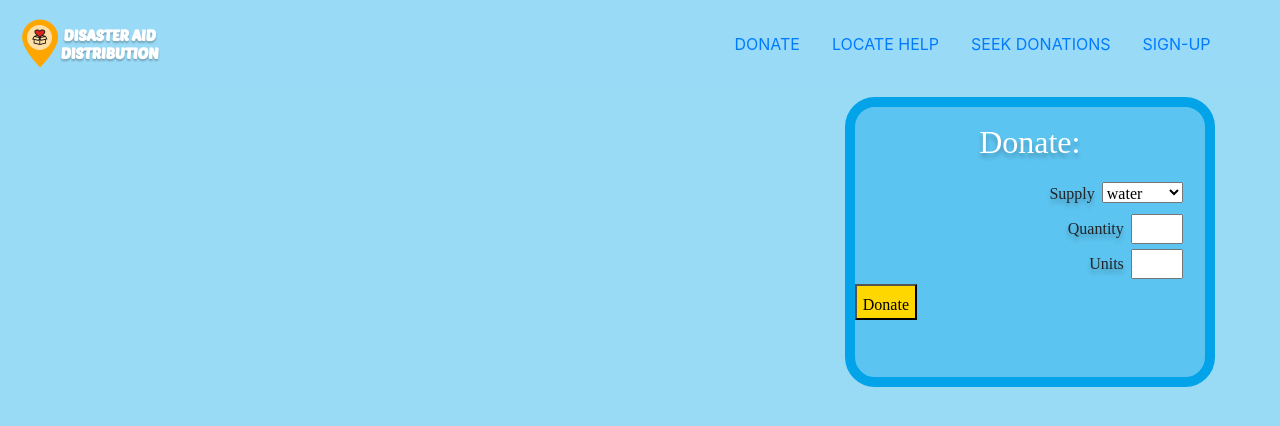
Repository: uprm-inso-4115-2019-2020-S2/semester-project-inso4115-DisasterAid-backend
Page: /donate-modal (app in disaster-aid/)
An editor plug-in stored every save of this project. The page is shown before and after the next save, followed by the edit.
The browser window is 1280 px wide. The pictures show the whole page.
The project was rebuilt for these pictures with package versions that can differ from the ones it lists, and the page was loaded fresh each time. Also part of the build but not shown: disaster-aid/angular.json, disaster-aid/src/app/login/login.component.ts, disaster-aid/src/app/register/register.component.ts, disaster-aid/src/app/home/home.component.ts, disaster-aid/src/app/landing-page/landing-page.component.ts, disaster-aid/src/app/donations/donations.component.ts, disaster-aid/src/app/donations.service.ts.

Above is the page before, as saved 2020-05-08 04:32:31.

After the next save:
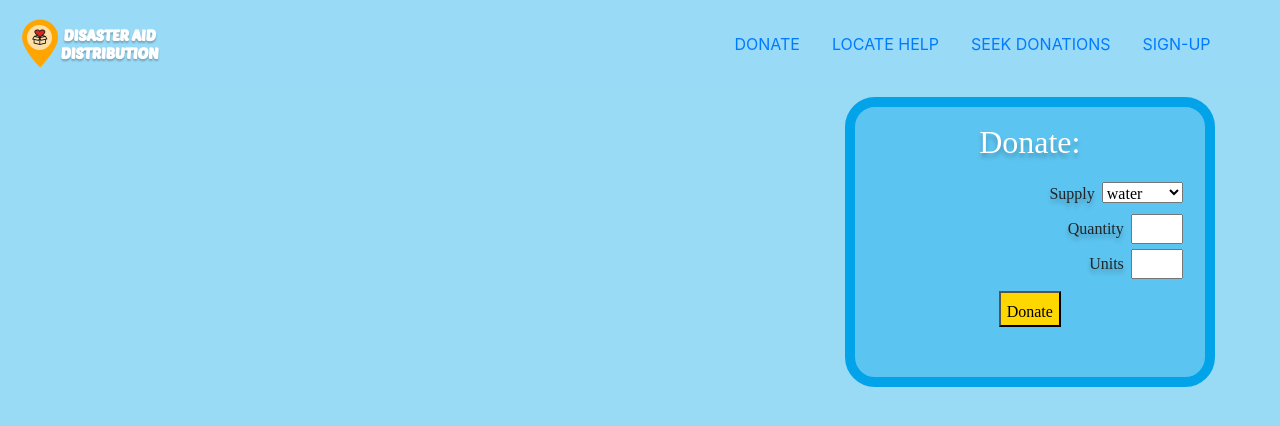
Saved 23 s later.
--- a/disaster-aid/src/app/donate-modal/donate-modal.component.html
+++ b/disaster-aid/src/app/donate-modal/donate-modal.component.html
@@ -40,7 +40,7 @@
             </div>
         </div>
 
-        <div >
+        <div style="text-align: center;  padding-top: 7px;">
             <button class="donateButton" type="submit">Donate</button>
         </div>
     <!-- </form> -->
